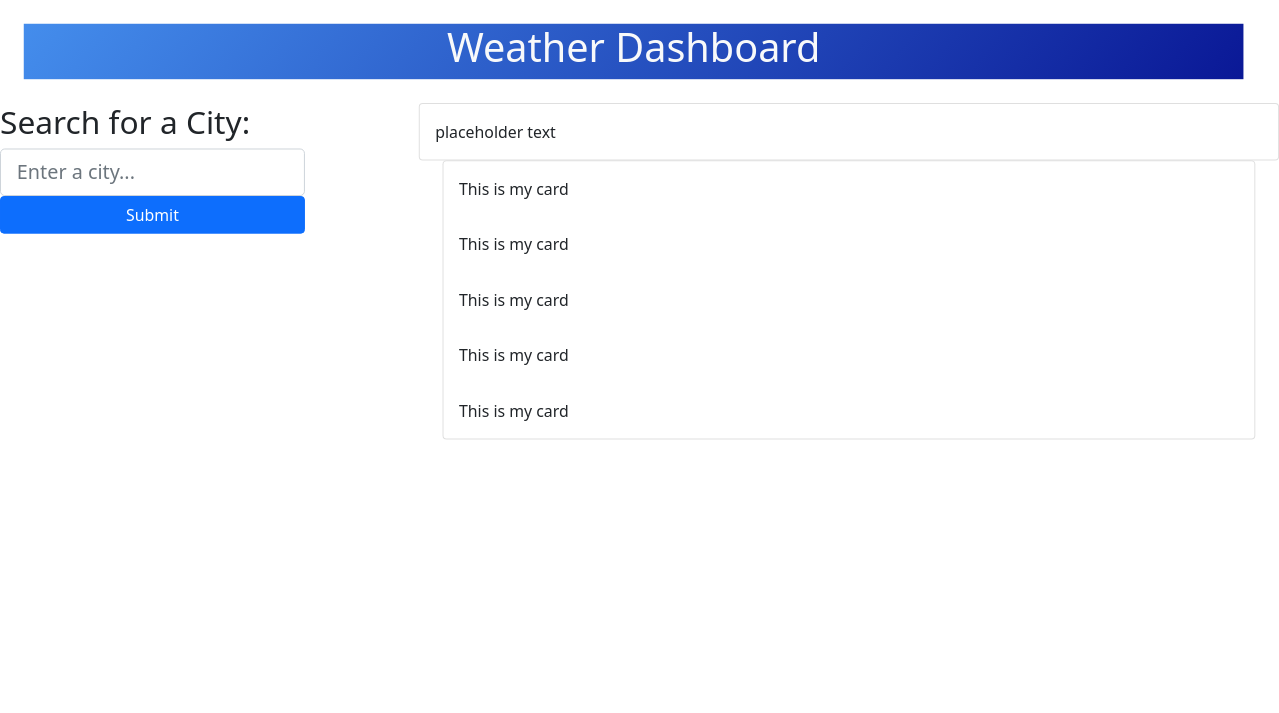
Repository: Brainybrian316/Weather-Dashboard
Page: index.html
An editor plug-in stored every save of this project. The page is shown before and after the next save, followed by the edit.
The browser window is 1280 px wide. The page is 1292 px wide, so the pictures cover 1292 px, including what lies to the right of the window. The pictures show the whole page, at 99% of full size.

Above is the page before, as saved 2022-03-26 23:40:21.

After the next save:
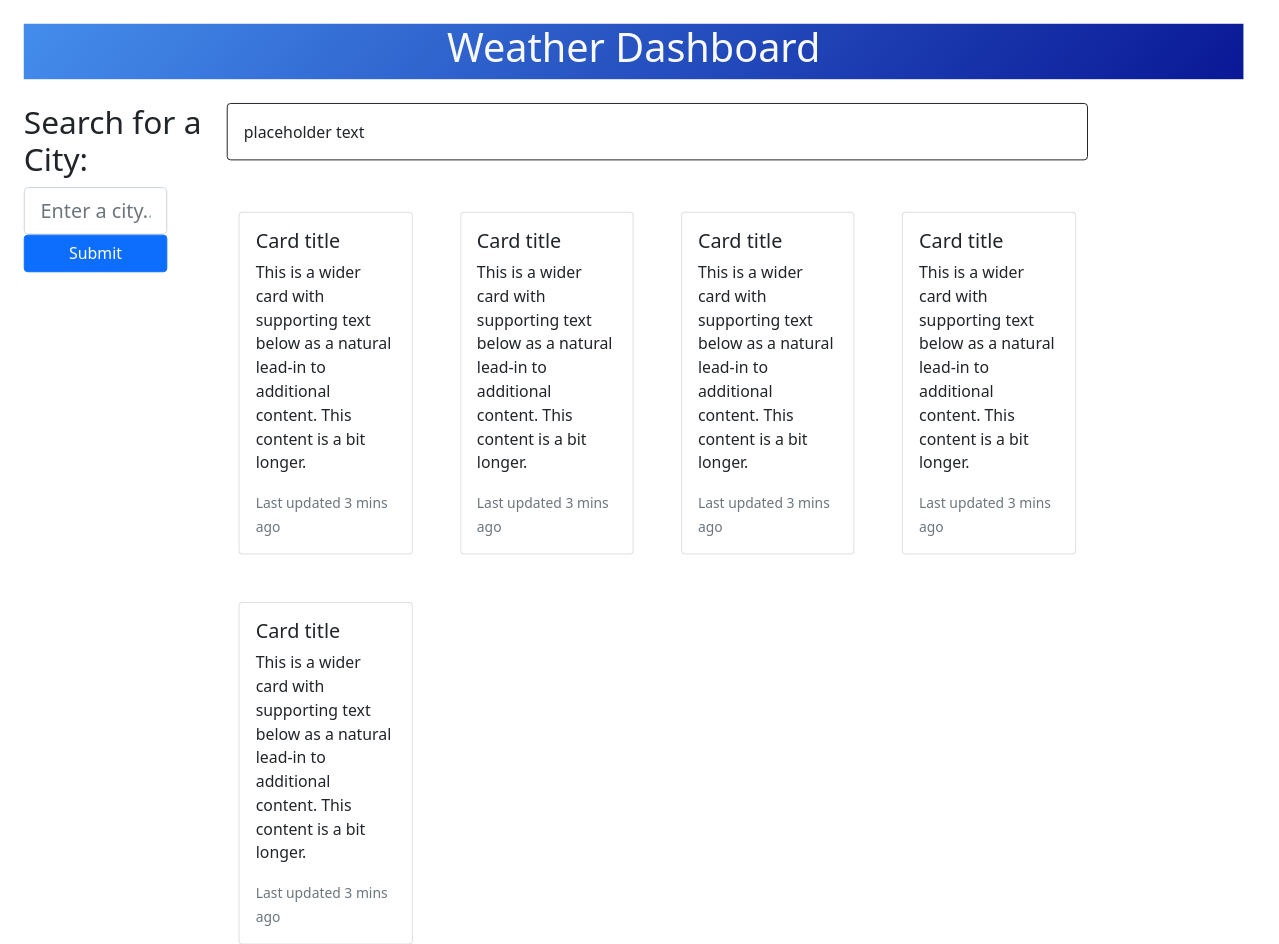
Saved 60 min 32 s later.
--- a/index.html
+++ b/index.html
@@ -17,7 +17,7 @@
 
 <body>
     <div class="row">
-        <div class="container col-sm-4">
+        <div class="container col-sm-2 ms-4 me-0">
             <h2>Search for a City:</h2>
             <form action="index.php" method="post">
                 <input class="form-control form-control-lg w-75" type="text" name="city"
@@ -26,27 +26,66 @@
             </form>
         </div>
 
-        <div class="container col-md-8">
-            <div class="row card">
+        <div class="container col-sm-8 m-0 ">
+            <div class="row card border-dark">
                 <div class="card-body col">placeholder text</div>
             </div>
 
-            <div class="container col">
-                <div class=" row card">
-                    <div class="card-body col">This is my card</div>
 
-                    <div class="card-body col">This is my card</div>
-
-                    <div class="card-body col">This is my card</div>
-
-                    <div class="card-body col">This is my card</div>
-                    <div class="card-body col">This is my card</div>
+            <div class="row row-cols-1 row-cols-sm-4 g-5 mt-1">
+                <div class="col">
+                    <div class="card">
+                        <div class="card-body">
+                            <h5 class="card-title">Card title</h5>
+                            <p class="card-text">This is a wider card with supporting text below as a natural lead-in to
+                                additional content. This content is a bit longer.</p>
+                            <p class="card-text"><small class="text-muted">Last updated 3 mins ago</small></p>
+                        </div>
+                    </div>
+                </div>
+                <div class="col">
+                    <div class="card">
+                        <div class="card-body">
+                            <h5 class="card-title">Card title</h5>
+                            <p class="card-text">This is a wider card with supporting text below as a natural lead-in to
+                                additional content. This content is a bit longer.</p>
+                            <p class="card-text"><small class="text-muted">Last updated 3 mins ago</small></p>
+                        </div>
+                    </div>
+                </div>
+                <div class="col">
+                    <div class="card">
+                        <div class="card-body">
+                            <h5 class="card-title">Card title</h5>
+                            <p class="card-text">This is a wider card with supporting text below as a natural lead-in to
+                                additional content. This content is a bit longer.</p>
+                            <p class="card-text"><small class="text-muted">Last updated 3 mins ago</small></p>
+                        </div>
+                    </div>
+                </div>
+                <div class="col">
+                    <div class="card">
+                        <div class="card-body">
+                            <h5 class="card-title">Card title</h5>
+                            <p class="card-text">This is a wider card with supporting text below as a natural lead-in to
+                                additional content. This content is a bit longer.</p>
+                            <p class="card-text"><small class="text-muted">Last updated 3 mins ago</small></p>
+                        </div>
+                    </div>
+                </div>
+                <div class="col">
+                    <div class="card">
+                        <div class="card-body">
+                            <h5 class="card-title">Card title</h5>
+                            <p class="card-text">This is a wider card with supporting text below as a natural lead-in to
+                                additional content. This content is a bit longer.</p>
+                            <p class="card-text"><small class="text-muted">Last updated 3 mins ago</small></p>
+                        </div>
+                    </div>
                 </div>
             </div>
         </div>
-
     </div>
-
     <script src="https://cdn.jsdelivr.net/npm/bootstrap@5.1.3/dist/js/bootstrap.bundle.min.js"
         integrity="sha384-ka7Sk0Gln4gmtz2MlQnikT1wXgYsOg+OMhuP+IlRH9sENBO0LRn5q+8nbTov4+1p" crossorigin="anonymous">
     </script>
